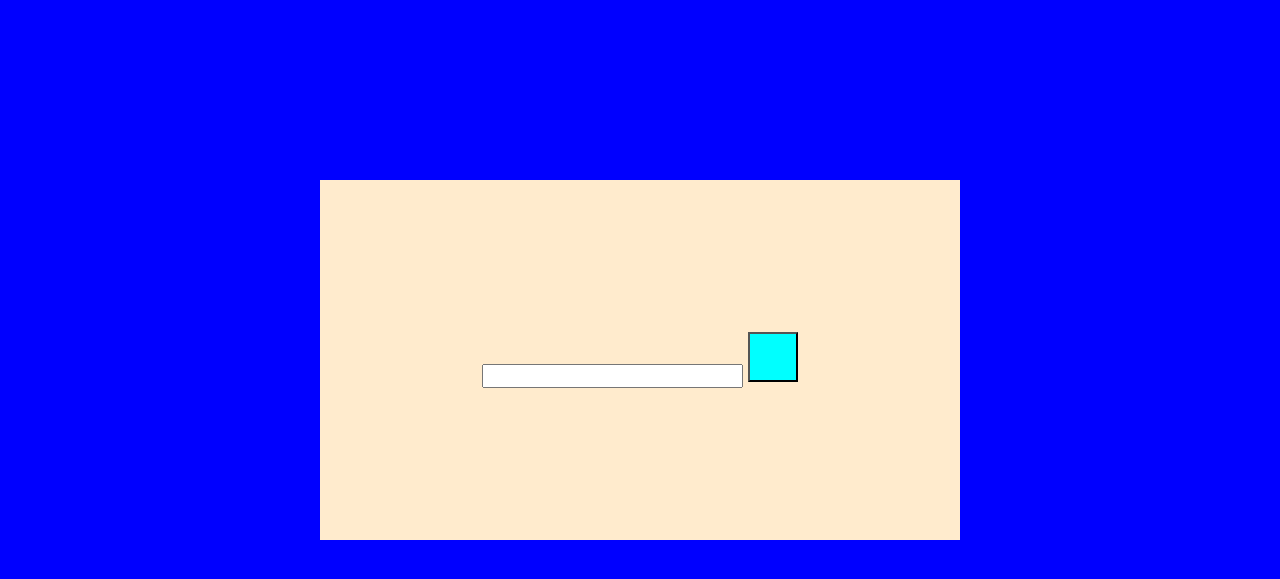
Repository: NarekTovmasyan/promise
Page: inex.html
These files come from the project's save history. The page is drawn as it stood at one moment and after the next save; the edit follows.
The browser window is 1280 px wide. The pictures show the whole page.

Above is the page before, as saved 2022-02-21 20:26:14.

### inex.html
<!DOCTYPE html>
<html lang="en">

<head>
    <meta charset="UTF-8">
    <meta http-equiv="X-UA-Compatible" content="IE=edge">
    <meta name="viewport" content="width=device-width, initial-scale=1.0">
    <title>Document</title>
    <link rel="stylesheet" href="./style.css">
</head>

<body>
    <div class="body">
        <div class="conteiner">
            <div class="main">
                <input type="number">
                <button class="btn"></button>
                <div></div>
            </div>
        </div>
    </div>
    <script src="./script.js"></script>
</body>

</html>

### style.css
@import url('https://fonts.googleapis.com/css2?family=Poppins:wght@200;300;400;500;600;700&display=swap');
* {
    margin: 0;
    padding: 0;
    box-sizing: border-box;
    font-family: 'Poppins', sans-serif;
}

.body {
    background-color: blue;
    position: absolute;
    width: 100%;
    height: 100%;
    display: flex;
    align-items: center;
    justify-content: center;
}

.conteiner {
    background-color: blanchedalmond;
    position: relative;
    width: 50%;
    height: 50%;
    display: flex;
    align-items: center;
    justify-content: center;
}


/* .main{

} */

.btn {
    width: 50px;
    height: 50px;
    background-color: aqua;
}

### script.js
// const myBirthday = (isSick) => {
//     return new Promise(function (resolve, reject) {
//       if (!isSick) {
//         setTimeout(() => resolve(2), 2000);
//       } else {
//         reject("I dont have cake :разочарование_облегчение:");
//       }
//     });
//   };
//   const handleCake = async () => {
//     try {
//       let result = await myBirthday(true); // result = 2
//       console.log(`I have ${result} cakes :день_рождения:`);
//     } catch (err) {
//       console.log(err);
//     } finally {
//       console.log("Party");
//     }
//   };
//   handleCake();



// myBirthday(true)
//   .then((result) => console.log(`I have ${result} cakes :день_рождения:`))
//   .catch((err) => console.log(err))
//   .finally(() => console.log("Party"));


// let number = 5;

// function compare(argument) {
//     return new Promise(function(resolve, reject) {
//         if (number > argument) {
//             resolve(number)
//         } else {
//             reject(new Error("oops"))
//         }
//     })
// };
// compare(6).then(function(number) {
//     console.log(number);
// }).catch(function(error) {
//     console.log(error);
// }).finally(() => {
//     console.log("barlus");
// })

After the next save:
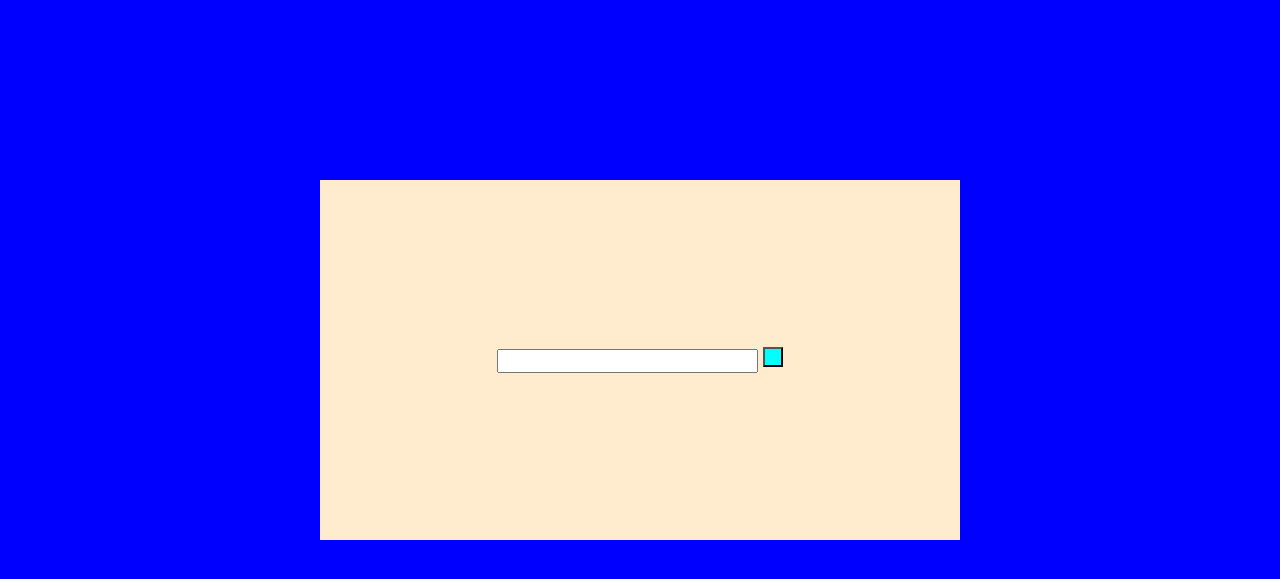
Saved 80 s later.
--- a/style.css
+++ b/style.css
@@ -32,7 +32,7 @@
 } */
 
 .btn {
-    width: 50px;
-    height: 50px;
+    width: 20px;
+    height: 20px;
     background-color: aqua;
 }
